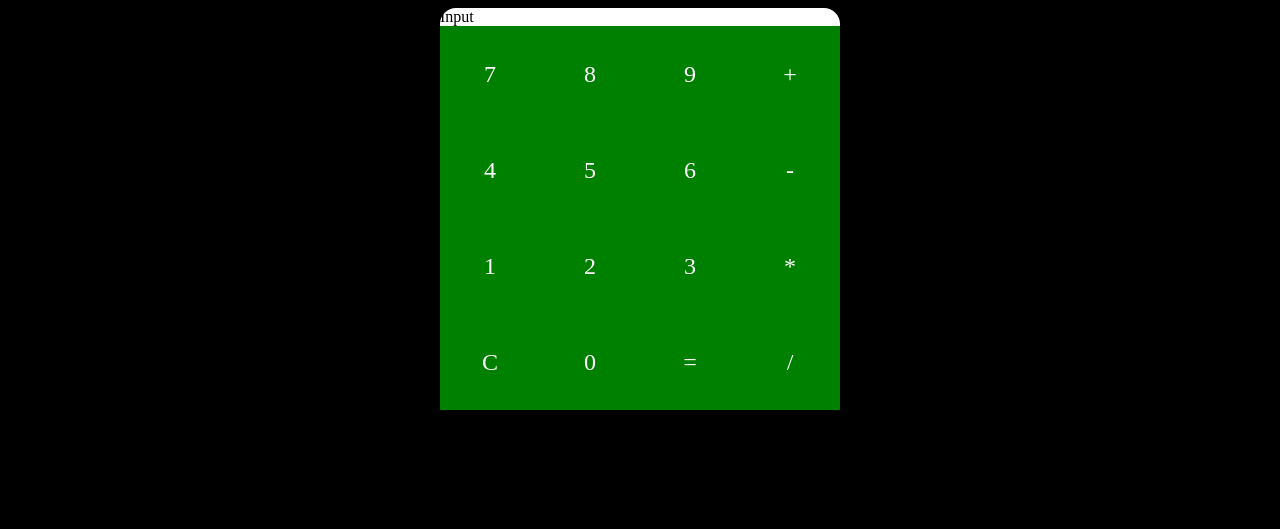
Repository: rajratangm/xcalculator
Page: /
An editor plug-in stored every save of this project. The page is shown before and after the next save, followed by the edit.
The browser window is 1280 px wide. The pictures show the whole page.
The project was rebuilt for these pictures with package versions that can differ from the ones it lists, and the page was loaded fresh each time. Also part of the build but not shown: vite.config.js.

Above is the page before, as saved 2024-04-02 19:08:37.

After the next save:
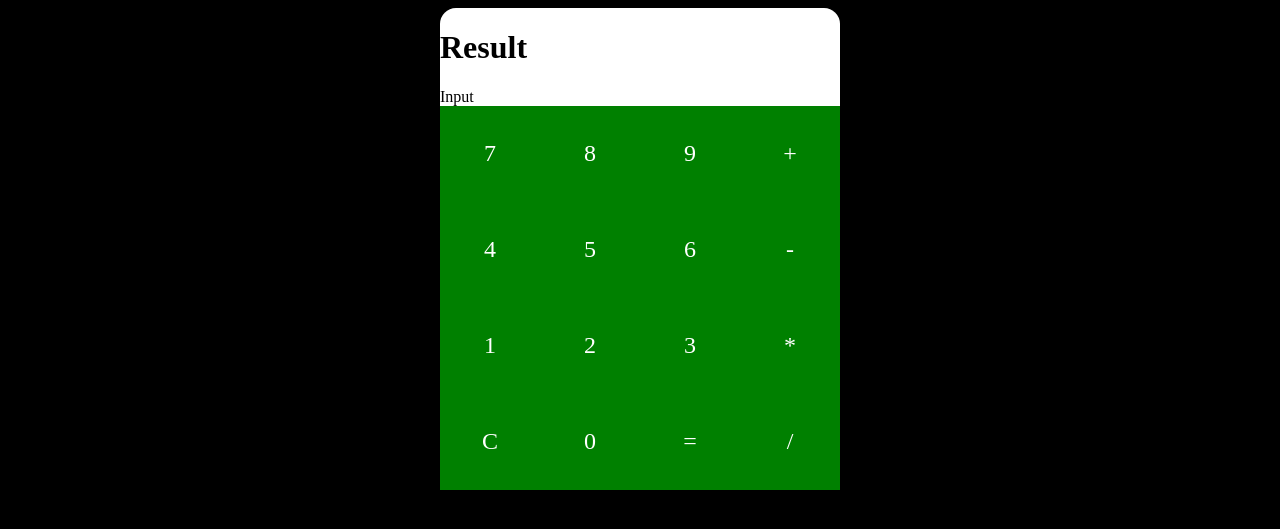
Saved 9 s later.
--- a/src/Component/Input/Input.jsx
+++ b/src/Component/Input/Input.jsx
@@ -4,7 +4,9 @@ import './Input.css'
 const Input=()=>{
 
     return <div className='input-wrapper'>
-        <div className='result'></div>
+        <div className='result'>
+            <h1>Result</h1>
+        </div>
         Input
     </div>
 }
